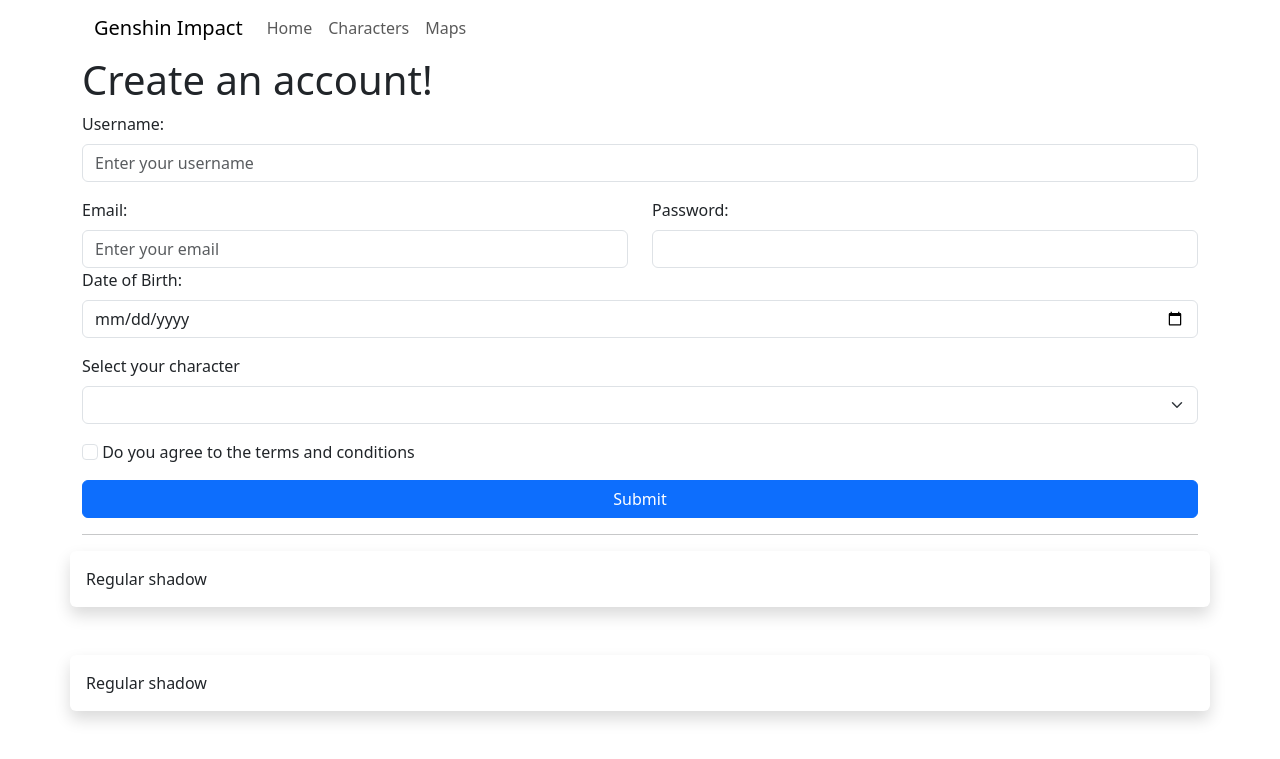
Repository: pendragons-code/BootStrap-Lesson
Page: static/html/genshin_account.html
These files come from the project's save history. The page is drawn as it stood at one moment and after a run of saves; the edit follows.
The browser window is 1280 px wide. The pictures show the whole page.
The page's requests for data from a server got no answer.

Above is the page before, as saved 2024-07-22 12:58:23.

After the next 3 saves:
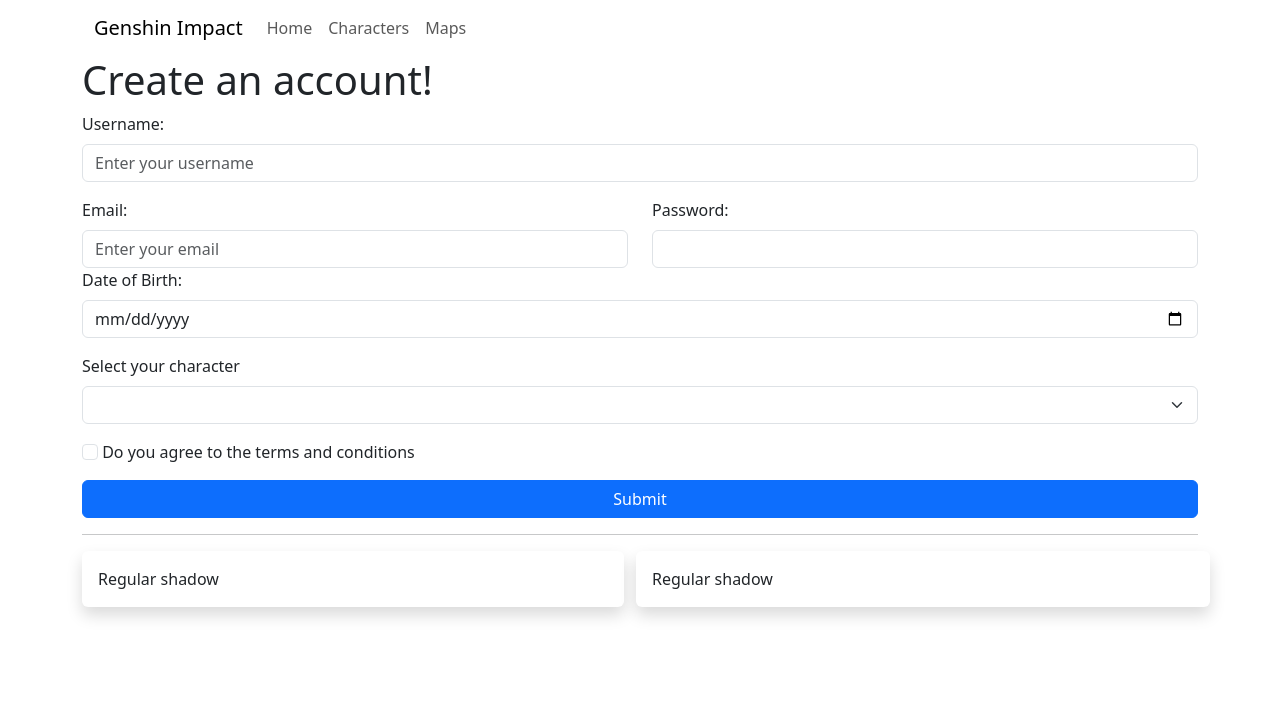
The 3 saves are shown as one change because they came seconds apart.
The last was saved 15 s later.
--- a/static/html/genshin_account.html
+++ b/static/html/genshin_account.html
@@ -105,8 +105,9 @@
 	<div class="container">
 		<hr>
 		<div class="row">
-			<div class="col"></div>
-			<div class="shadow p-3 mb-5 bg-body rounded">Regular shadow</div>
+			<div class="col">
+				<div class="shadow p-3 mb-5 bg-body rounded">Regular shadow</div>
+			</div>
 			<div class="col shadow p-3 mb-5 bg-body rounded">Regular shadow</div>
 		</div>
 	</div>
